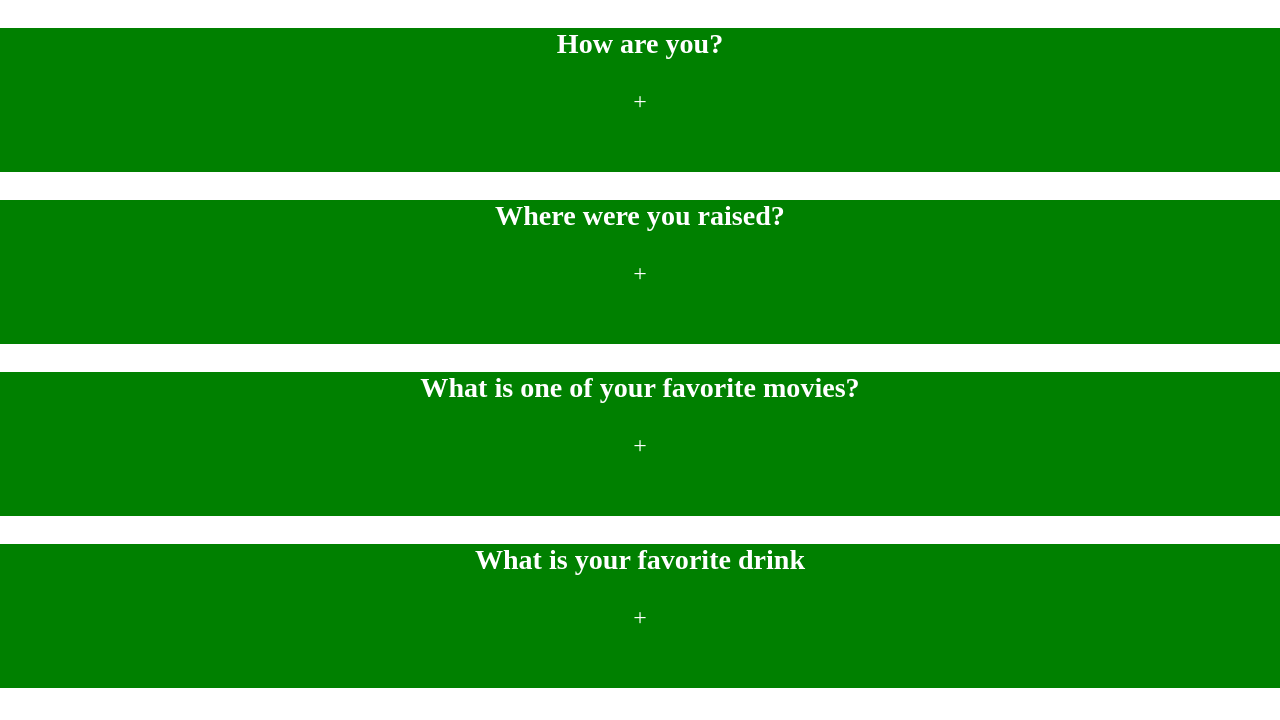
Repository: kosenijr/react-projects
Page: / (app in accordion/)
An editor plug-in stored every save of this project. The page is shown before and after the next save, followed by the edit.
The browser window is 1280 px wide. The pictures show the whole page.
The project was rebuilt for these pictures with package versions that can differ from the ones it lists, and the page was loaded fresh each time.

Above is the page before, as saved 2024-03-02 22:28:18.

### accordion/src/App.js
import React from "react";
import "./App.css";
import Accordion from "./components/Accordion";

function App() {
  return (
    <div className="App">
      <Accordion />
    </div>
  );
}

export default App;

### accordion/src/components/Accordion.js
import React, { useState } from "react";
import "../styles/Accordion.css";
import data from "../data";

function Accordion() {
  // setting up useState
  const [selected, setSelected] = useState(null);
  // setting up handling
  const handleSingleSelection = (getCurrentId) => {
    console.log(selected, getCurrentId);
    // setSelected(getCurrentId === selected ? null : getCurrentId); // keep add condition for closure
    setSelected(selected !== getCurrentId ? getCurrentId : null)
  };

  return (
    <div className="wrapper">
      {/* single selection accordion */}
      <div className="accordion">
        {data && data.length > 0 ? (
          data.map((dataItem) => (
            <div className="item" key={dataItem.id}>
              {" "}
              {/* always remember to add key */}
              <div
                className="title"
                onClick={() => handleSingleSelection(dataItem.id)}
              >
                <h3>{dataItem.question}</h3>
                <span>+</span>
              </div>
              {selected === dataItem.id ? (
                <div className="content ">{dataItem.answer}</div>
              ) : null}
            </div>
          ))
        ) : (
          <div>No data found!</div>
        )}
      </div>
    </div>
  );
}

export default Accordion;

### accordion/src/styles/Accordion.css
.wrapper {
}
.accordion {
  color: white;
}

.item {
  background-color: green;
  font: 1.5em Raleway;
  height: 5em;
  padding-bottom: 1em;
}

.content {
  font: 1.5em bold Raleway;
}

### accordion/src/data.js
const data = [
  {
    id: 1,
    question: "How are you?",
    answer: "I am well!",
  },

  {
    id: 2,
    question: "Where were you raised?",
    answer: "I was raised in Queens.",
  },

  {
    id: 3,
    question: "What is one of your favorite movies?",
    answer: "Harlem Nights",
  },

  {
    id: 4,
    question: "What is your favorite drink",
    answer: "Water",
  },
];

export default data;

Loaded but not shown: accordion/public/index.html (common file); accordion/src/index.js (common file); accordion/src/index.css (common file); accordion/src/reportWebVitals.js (common file); accordion/src/App.css (common file)

After the next save:
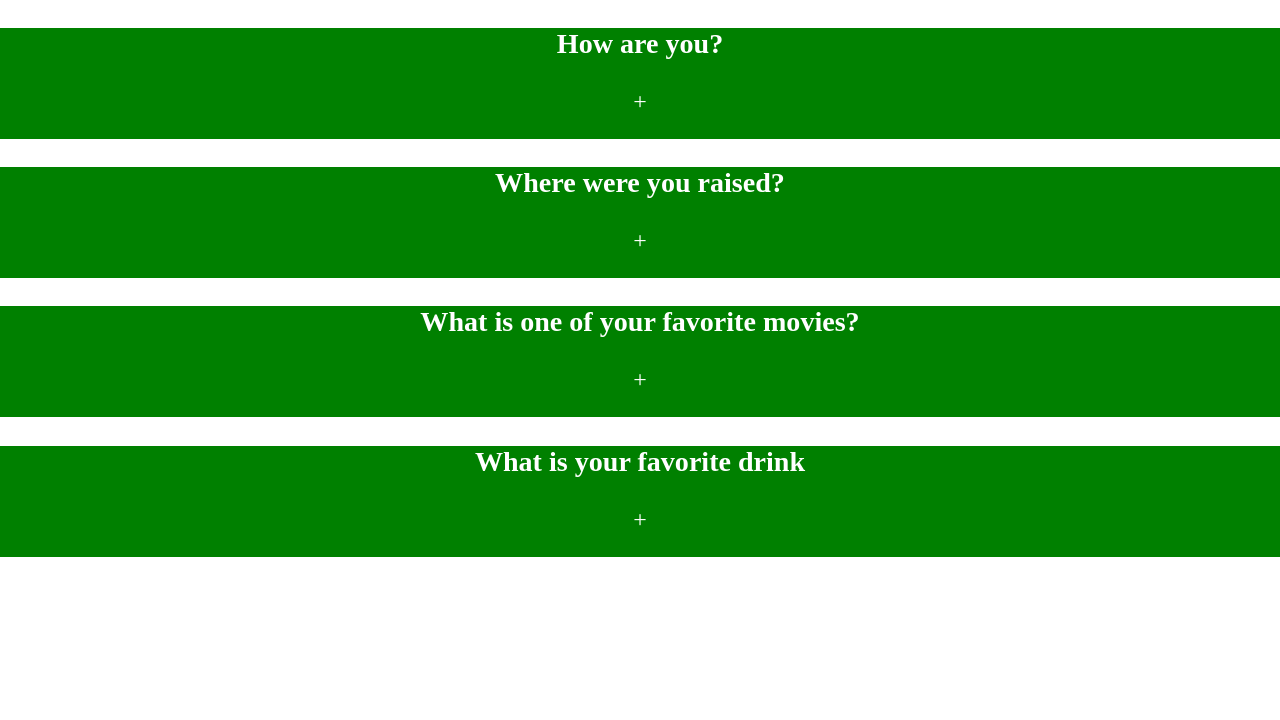
Saved 17 s later.
--- a/accordion/src/styles/Accordion.css
+++ b/accordion/src/styles/Accordion.css
@@ -7,7 +7,7 @@
 .item {
   background-color: green;
   font: 1.5em Raleway;
-  height: 5em;
+  /* height: 5em; */
   padding-bottom: 1em;
 }
 
